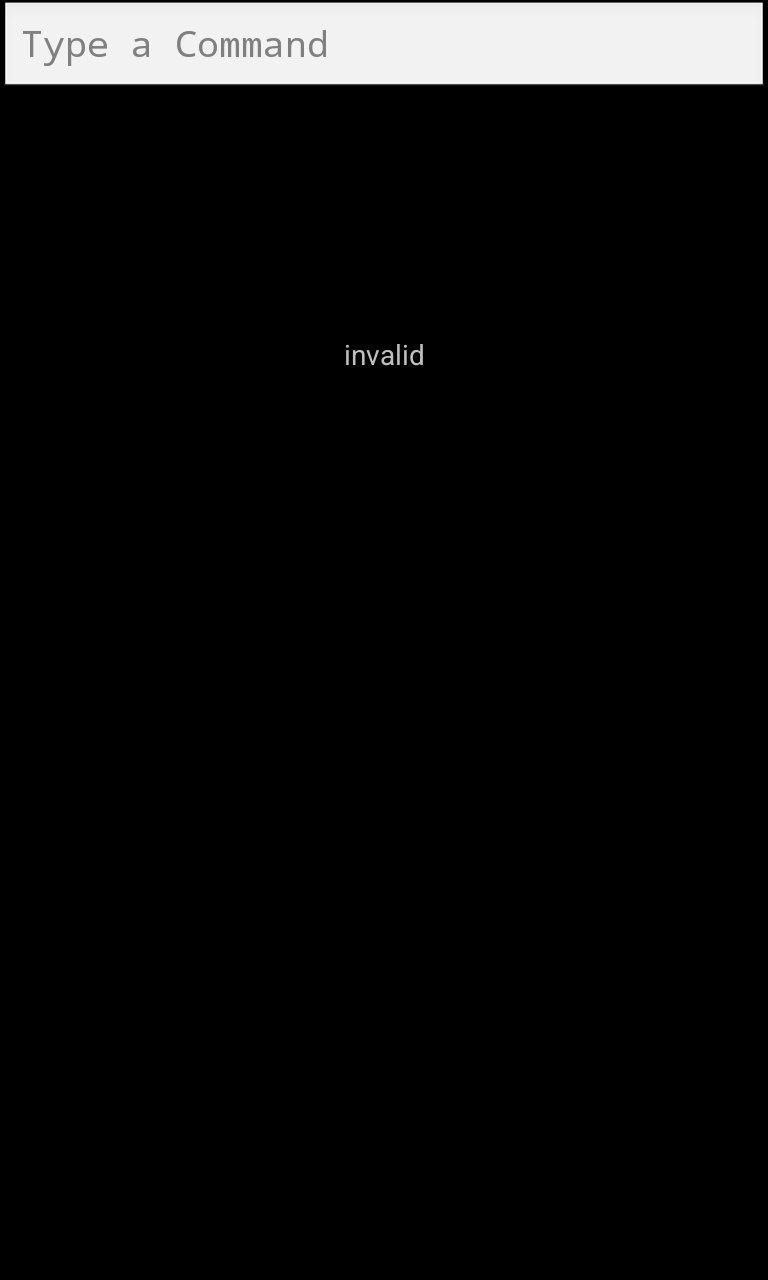
Repository: mcranwill/java_android
Layout: newboston/res/layout/text.xml
These files come from the project's save history. The layout is drawn as it stood at one moment and after the next save; the edit follows.
It is drawn on a 768 x 1280 px phone screen (xhdpi) without system bars, with theme android:Theme; the app's code is not run.

Above is the layout before, as saved 2012-06-10 18:34:54.

### newboston/res/layout/text.xml
<?xml version="1.0" encoding="UTF-8"?>
<LinearLayout xmlns:android="http://schemas.android.com/apk/res/android"
    android:layout_width="match_parent"
    android:layout_height="match_parent"
    android:orientation="vertical" >

    <EditText
        android:layout_width="fill_parent" android:layout_height="wrap_content"
        android:id="@+id/etCommands" android:hint="@string/basic_hint"
        android:password="true" />
    <Button android:text="Button" android:id="@+id/bResults"
        android:layout_width="fill_content" android:layout_height="wrap_content"/>

    <TextView
        android:id="@+id/tvResutls"
        android:layout_width="fill_parent"
        android:layout_height="wrap_content"
        android:gravity="center"
        android:text="invalid" />

</LinearLayout>

### newboston/res/values/strings.xml
<?xml version="1.0" encoding="utf-8"?>
<resources>

    <string name="hello">Hello World, StartingPoint!</string>
    <string name="app_name">Newboston</string>
    <string name="basic_hint">Type a Command</string>

</resources>

After the next save:
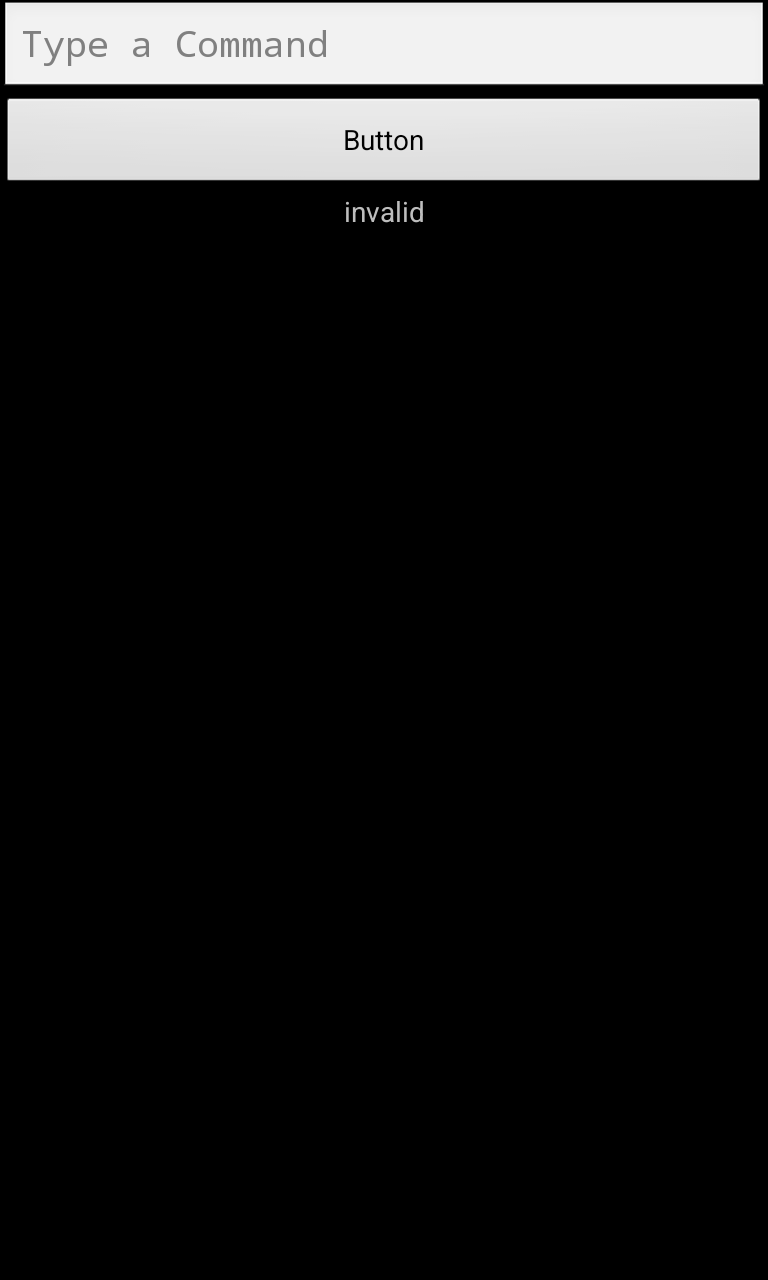
Saved 45 s later.
--- a/newboston/res/layout/text.xml
+++ b/newboston/res/layout/text.xml
@@ -9,7 +9,7 @@
         android:id="@+id/etCommands" android:hint="@string/basic_hint"
         android:password="true" />
     <Button android:text="Button" android:id="@+id/bResults"
-        android:layout_width="fill_content" android:layout_height="wrap_content"/>
+        android:layout_width="fill_parent" android:layout_height="wrap_content"/>
 
     <TextView
         android:id="@+id/tvResutls"
